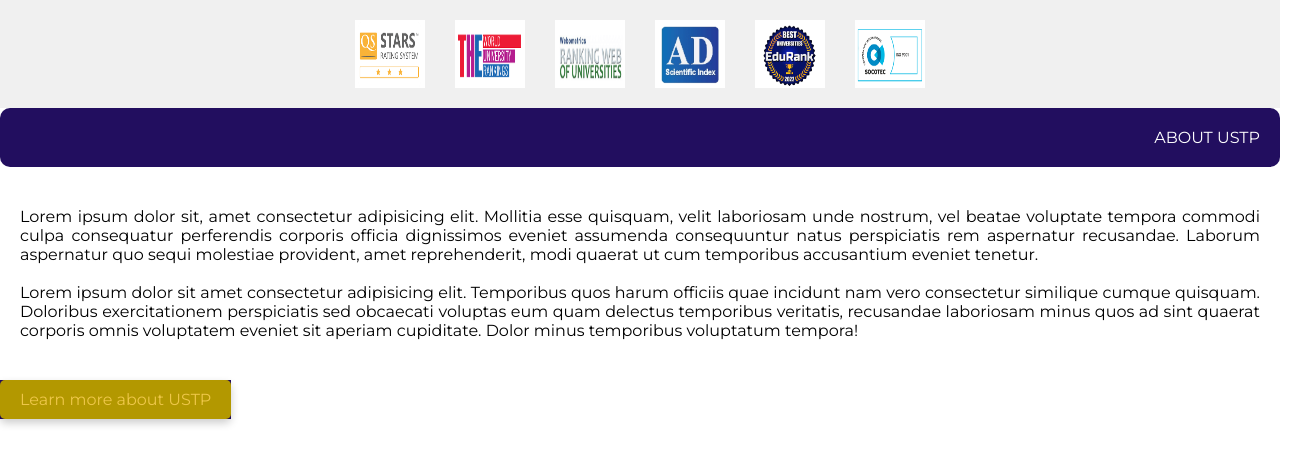
Repository: Joy5345/Colis-MidTerm_PIT
Page: index.html
These files come from the project's save history. The page is drawn as it stood at one moment and after the next save; the edit follows.
The browser window is 1280 px wide. The page is 1293 px wide, so the pictures cover 1293 px, including what lies to the right of the window. The pictures show the part of the page from y = 484 to 953 px (the page is 953 px tall).
The pointer rests on the first visible `.learn-more-link`.

Above is the page before, as saved 2023-07-29 18:28:36.

### index.html
<!DOCTYPE html>
<html lang="en">
<head>
    <meta charset="UTF-8">
    <meta name="viewport" content="width=device-width, initial-scale=1.0">
    <link rel="stylesheet" href="css/style.css">
    <link rel="stylesheet" href="https://cdnjs.cloudflare.com/ajax/libs/font-awesome/6.4.0/css/all.min.css" integrity="sha512-iecdLmaskl7CVkqkXNQ/ZH/XLlvWZOJyj7Yy7tcenmpD1ypASozpmT/E0iPtmFIB46ZmdtAc9eNBvH0H/ZpiBw==" crossorigin="anonymous" referrerpolicy="no-referrer" />
    <link rel="preconnect" href="https://fonts.googleapis.com">
    <link rel="preconnect" href="https://fonts.gstatic.com" crossorigin>
    <link href="https://fonts.googleapis.com/css2?family=Montserrat:wght@100;200;300;400&display=swap" rel="stylesheet">
    <title>USTP</title>

</head>
<body>
    <div class="main1">
        <div class="nav-menu1">
            <nav>
                <ul>
                    <li><a href="#"><i class="fa-solid fa-arrow-up-right-from-square"></i>Career Center</a></li>
                    <li><a href="#"><i class="fa-solid fa-arrow-up-right-from-square"></i>Student Affairs</a></li>
                    <li><a href="#"><i class="fa-solid fa-arrow-up-right-from-square"></i>Alumni Affairs</a></li>
                    <li><a href="#"><i class="fa-solid fa-arrow-up-right-from-square"></i>Employees</a></li>
                    <li><a href="#"><i class="fa-solid fa-ear-listen"></i>COVID-19 Response</a></li>
                </ul>
            </nav>

            <div class="nav-icon">
                <a href="#"><i class="fa-solid fa-magnifying-glass"></i></a>
                <a href="#"><i class="fa-brands fa-twitter"></i></a>
                <a href="#"><i class="fa-brands fa-instagram"></i></a>
                <a href="#"><i class="fa-brands fa-youtube"></i></a>
                <a href="#"><i class="fa-brands fa-facebook-f"></i></a>
            </div>
        </div>
    </div>

    <div class="nav-menu2">
        <div class="container1">
            <nav>
                <div class="logo1">
                    <img src="images/USTP logo.png" alt="USTP" class="Univ">
                </div>
            </nav>


            <div class="nav-services">
                    <ul>
                        <li><a href="#">About <i class="fa-solid fa-angle-down"></i></a></li>
                        <li><a href="#">Academics <i class="fa-solid fa-angle-down"></i></a></li>
                        <li><a href="#">Research, Innovation & Entrepreneurship <i class="fa-solid fa-angle-down"></i></a></li>
                        <li><a href="#">Global <i class="fa-solid fa-angle-down"></i></a></li>
                        <li><a href="#">Updates <i class="fa-solid fa-angle-down"></i></a></li>
                        <li><a href="#">Services <i class="fa-solid fa-angle-down"></i></a></li>
                    </ul>
            </div>

        </div>
    </div>

    <div class="wallpaper"></div>

    <div class="logos">
        <div class="container2">
            <img src="images/logo1.png" alt="Logo 1">
            <img src="images/logo2.png" alt="Logo 2">
            <img src="images/logo3.png" alt="Logo 3">
            <img src="images/logo4.png" alt="Logo 4">
            <img src="images/logo5.png" alt="Logo 5">
            <img src="images/logo6.png" alt="Logo 6">
        </div>
    </div>

    <div class="about-ustp-header">
        <nav class="about-ustp">
            <a href="#">ABOUT USTP</a>
        </nav>
    </div>

        <div>
            <div class="info">
                <p>Lorem ipsum dolor sit, amet consectetur adipisicing elit. Mollitia esse quisquam, velit laboriosam unde nostrum, vel beatae voluptate tempora commodi culpa consequatur perferendis corporis officia dignissimos eveniet assumenda consequuntur natus perspiciatis rem aspernatur recusandae. Laborum aspernatur quo sequi molestiae provident, amet reprehenderit, modi quaerat ut cum temporibus accusantium eveniet tenetur.</p> <br>

                <p>Lorem ipsum dolor sit amet consectetur adipisicing elit. Temporibus quos harum officiis quae incidunt nam vero consectetur similique cumque quisquam. Doloribus exercitationem perspiciatis sed obcaecati voluptas eum quam delectus temporibus veritatis, recusandae laboriosam minus quos ad sint quaerat corporis omnis voluptatem eveniet sit aperiam cupiditate. Dolor minus temporibus voluptatum tempora!</p>
            </div>
        </div>
    </div>

    <div class="learn-more">
        <div class="learn-more-btn">
            <a href="#" class="learn-more-link">Learn more about USTP</a>
        </div>
    </div>
</body>
</html>

### css/style.css
*{
    font-family: Montserrat;
    box-sizing: border-box;
    margin: 0 0;
}
.main1{
    display: flex;
    background-color: rgb(17, 17, 56);
    color: aliceblue;
    width: 100%;
    justify-content: center;
    padding-top: 10px;
    padding-bottom: 10px;

}
.nav-menu1{
    width: 80%;
    background-color: rgb(17, 17, 56);
    display: flex;
    align-items: center;
    justify-content: space-between;
}
nav ul{
    list-style: none;
}
nav ul li{
   display: inline-flex;
   list-style: none;
}
nav ul li a{
    margin-right: 10px;
    color: aliceblue;
    font-size: .8rem;
    text-decoration: none;
}
nav ul li a i{
    margin-right: 10px;
}
.fa-solid{
    margin-left: 5px;
}
.nav-icon i{
    margin-left: 20px;
    color: aliceblue;
}
.fa-magnifying-glass{
    color: aliceblue;
    font-size: 1rem;
    font-weight: bolder;
}
.nav ul li a:hover{
    color:gold;
}
.nav-icon i:hover{
    color: gold;
}

.nav-menu2{
    background-color: #fff;
    padding: 5px;
    display: flex;
    align-items: center;
    justify-content: space-between;
}

.container1 {
    display: flex;
    align-items: center;
}

.Univ{
    width: 350px;
    margin-right: 10px;
}

.nav-services ul{
    display: flex;
    margin-left: auto;
    align-items:end;
    text-decoration: none;
}

.nav-services > ul li{
    display: inline-flex;
    margin-left: 20px;
    list-style: none;
}

.nav-services > ul li a{
    text-decoration: none;
    color:black;
    font-weight: bold;
    font-size: small;
    margin-left: 10px;
}

.nav-services > ul li a i{
    margin-left: 10px;
}

.nav-services > ul li a:hover{
    color: gray;
}

.wallpaper{
    height: 350px;
    width: 100%;
    margin-left: 1%;
    background-image: url("../images/BTS-Bangtan-Sonyeondan-2023-Fest.jpg");
    border-top-left-radius: 50px;
    border-bottom-right-radius: 50px;
    background-position: center center;
}

.logos{
    background-color: #f0f0f0;
    padding: 20px 0;
    text-align: center;
}

.container2{
    display: flex;
    justify-content: center;
}

.container2 img {
    max-width: 70px;
    margin: 0 15px;
}

.about-ustp-header{
    background-color: #220e5f;
    padding: 20px 20px 20px 20px;
    justify-content: flex-end;
    border-radius: 10px;
}

.about-ustp{
    text-transform: uppercase;
    text-align: right;
}

.about-ustp a {
    color: #fff;
    text-decoration: none;
    margin-left: auto;
}

.info {
    padding: 40px 20px;
    background-color: #fff;
    text-align: justify;
}

.info-content {
    max-width: 500px;
    margin: 0 auto;
}


.info-content p {
    font-size: 16px;
    margin-bottom: 100px;
}

.learn-more-btn {
    text-align: right;
    margin-bottom: 50px;
    background-color: #220e5f;
    width: fit-content;
    position: right;
    align-items: flex-end;
}

.learn-more-link {
    display: inline-block;
    padding: 10px 20px;
    background-color: var(--primary-color);
    color: #eec749;
    text-decoration: none;
    border-radius: 5px;
    font-size: 16px;
    box-shadow: 0 4px 8px rgba(0, 0, 0, 0.2);
    transition: background-color 0.2s ease;
}

.learn-more-link:hover {
    text-decoration-color: #220e5f;
    background-color: #b39800;
}

After the next save:
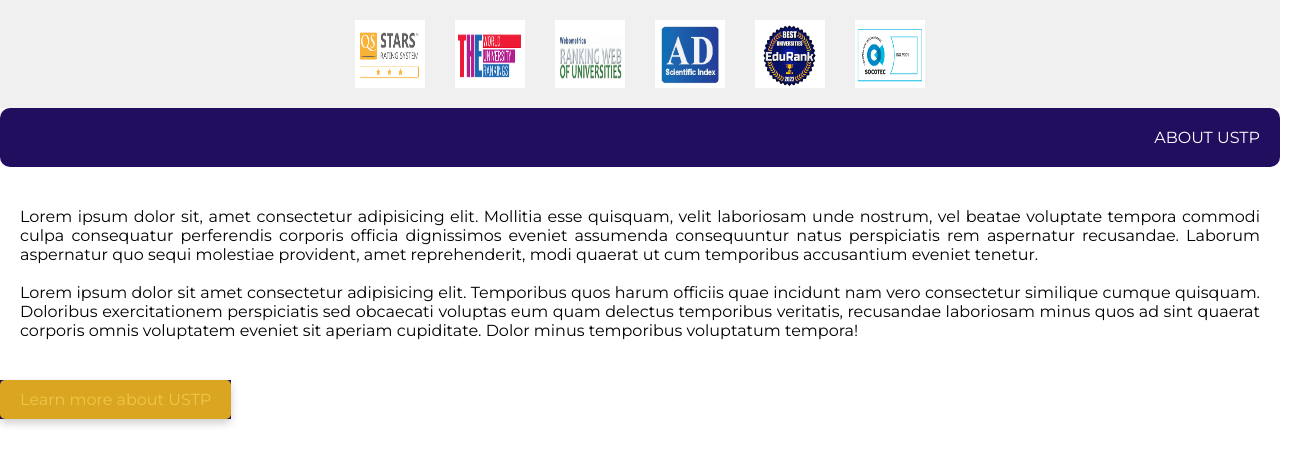
Saved 66 s later.
--- a/css/style.css
+++ b/css/style.css
@@ -186,5 +186,5 @@
 
 .learn-more-link:hover {
     text-decoration-color: #220e5f;
-    background-color: #b39800;
+    background-color: goldenrod;
 }
